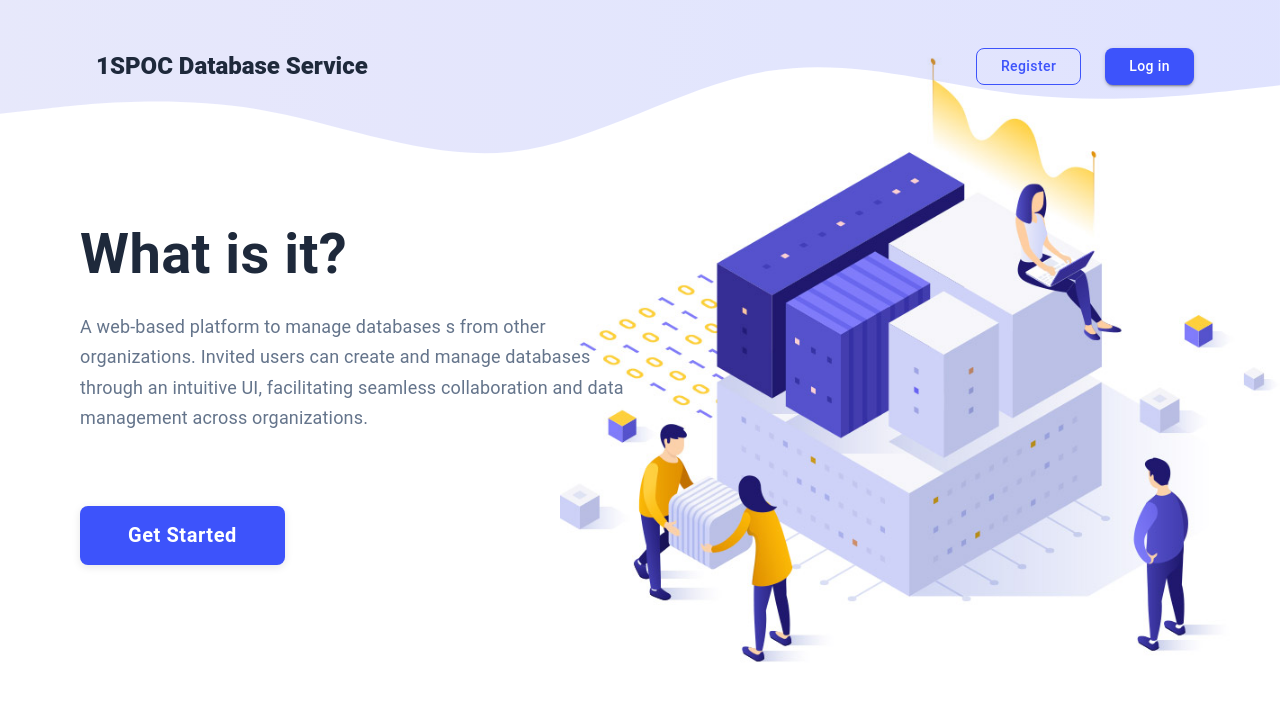
Repository: TanmayVaidya742/DbService
Page: / (app in frontend/)
An editor plug-in stored every save of this project. The page is shown before and after a run of saves, followed by the edit.
The browser window is 1280 px wide. The pictures show the whole page.
The page's requests for data from a server got no answer. The project was rebuilt for these pictures with package versions that can differ from the ones it lists, and the page was loaded fresh each time. No one was signed in, and anything a server would have sent is missing. Also part of the build but not shown: frontend/src/components/Login.js, frontend/src/components/Register.js, frontend/src/components/Dashboard.js, frontend/src/components/AddDatabaseDialog.js, frontend/src/components/UserDashboard.js, frontend/src/components/Organizations.js, frontend/src/components/EditTableDialog.js, frontend/src/components/CreateTableDialog.js and 3 more.

Above is the page before, as saved 2025-05-08 10:53:36.

After the next 3 saves:
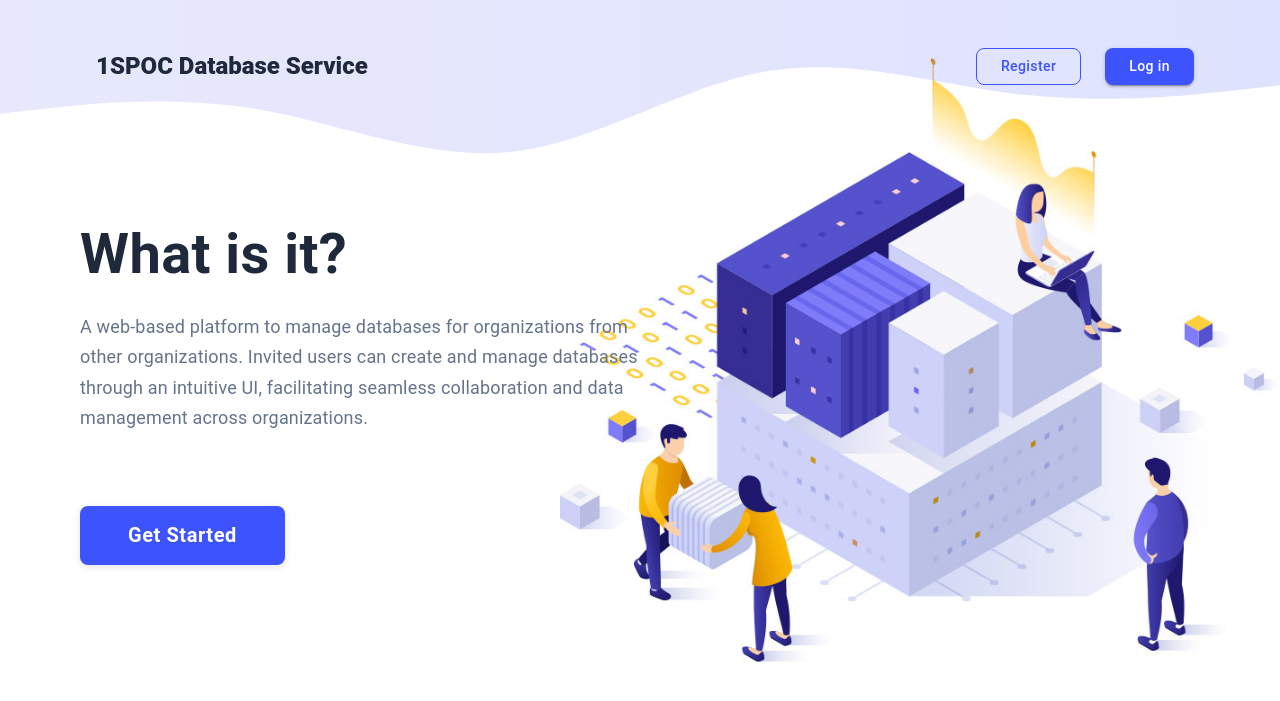
The 3 saves are shown as one change because they came seconds apart.
The last was saved 7 s later.
--- a/frontend/src/components/LandingPage.js
+++ b/frontend/src/components/LandingPage.js
@@ -192,7 +192,7 @@ const LandingPage = () => {
                     whiteSpace: 'normal',
                   }}
                 >
-                  A web-based platform to manage databases s from other organizations. Invited users can create and manage databases through an intuitive UI, facilitating seamless collaboration and data management across organizations.
+                  A web-based platform to manage databases for organizations from other organizations. Invited users can create and manage databases through an intuitive UI, facilitating seamless collaboration and data management across organizations.
                 </Typography>
                 <ButtonGroup
                 sx={{ml: 4}}>
